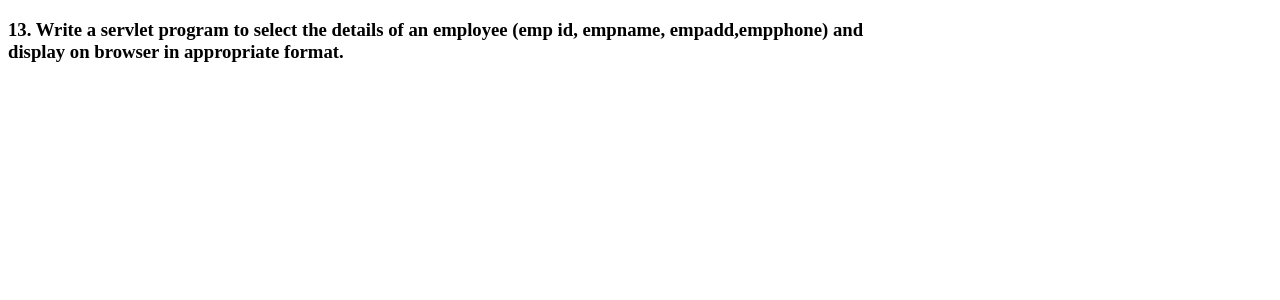
Repository: VIVEKANAND-SINHA/AdvanceJavaTraining
Page: ProjectFileAdvanceJava/src/main/webapp/Question13.html
These files come from the project's save history. The page is drawn as it stood at one moment and after the next save; the edit follows.
The browser window is 1280 px wide. The pictures show the whole page.

Above is the page before, as saved 2023-01-26 09:55:29.

### ProjectFileAdvanceJava/src/main/webapp/Question13.html
<!DOCTYPE html>
<html>
<head>
<meta charset="UTF-8">
<title>Solution No. 13</title>
</head>
<body>
<h3>13.	Write a servlet program to select the details of an employee (emp id, empname, empadd,empphone) and <br>
 display on browser in appropriate format.</h3>
</body>
</html>

After the next save:
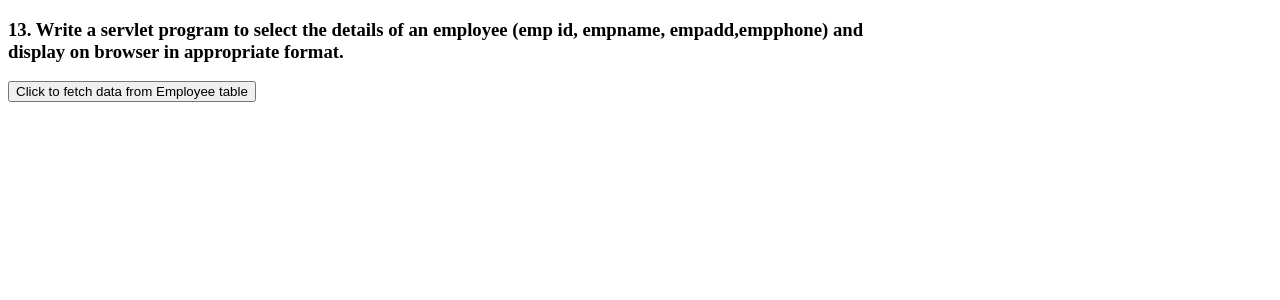
Saved 16 min 20 s later.
--- a/ProjectFileAdvanceJava/src/main/webapp/Question13.html
+++ b/ProjectFileAdvanceJava/src/main/webapp/Question13.html
@@ -7,5 +7,14 @@
 <body>
 <h3>13.	Write a servlet program to select the details of an employee (emp id, empname, empadd,empphone) and <br>
  display on browser in appropriate format.</h3>
+
+<form action = "fetchdata" method = "post">
+
+<button type= "submit">Click to fetch data from Employee table</button>
+
+
+</form>
+
+
 </body>
 </html>
